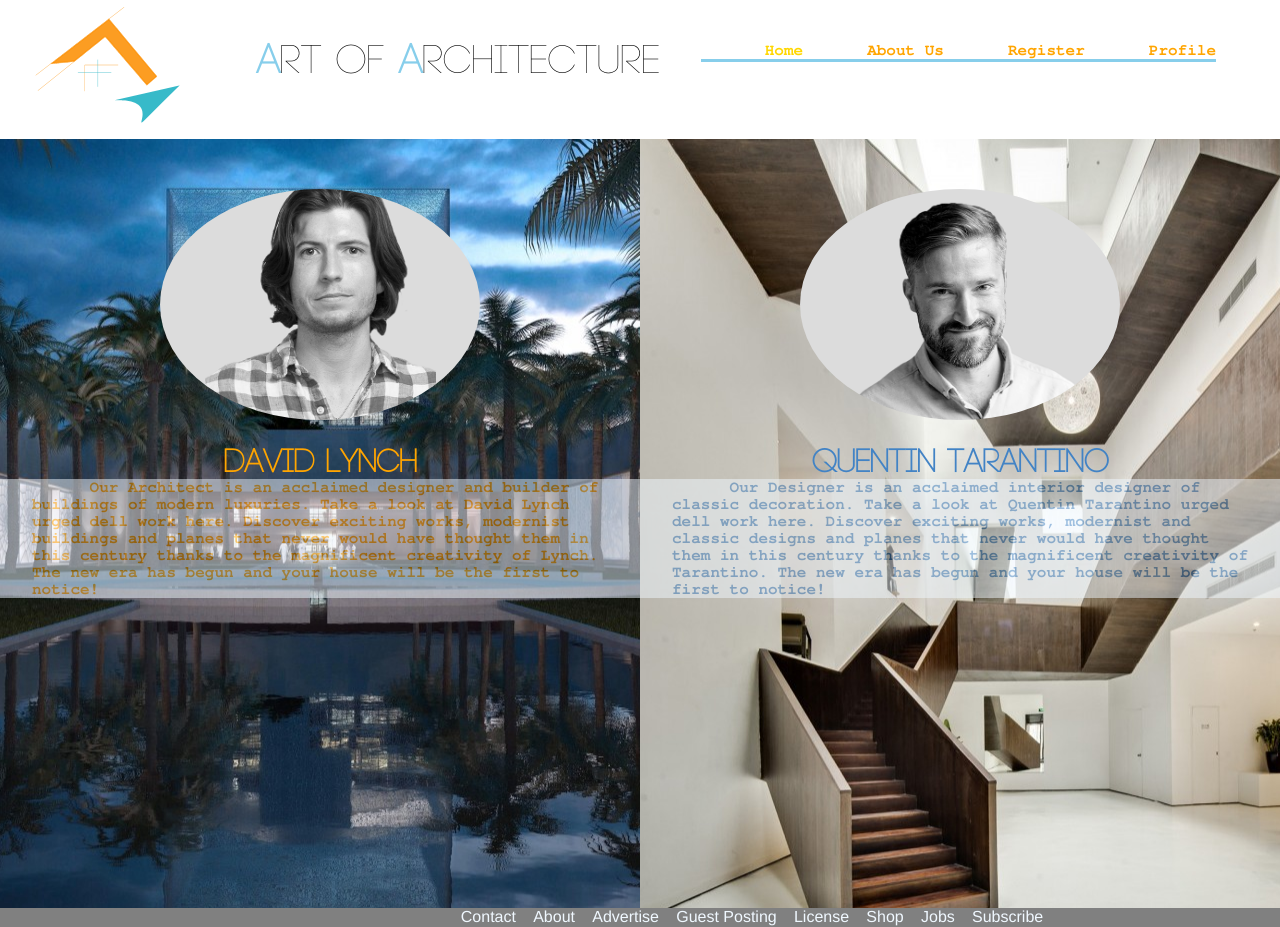
Repository: jcfuentes102/AltaNavidad
Page: index.html
The author's editor kept a record of every edit. The page is drawn from the files as they stood at one moment, then again after the next edit.
The browser window is 1280 px wide. The pictures show the whole page.

Above is the page before.

### index.html
<!doctype html>
<html lang="es">
<head>
    <title>Art of Architecture</title>
    <meta charset="UTF-8">
    <link rel="stylesheet" type="text/css" href="css/estilosIndexHTML.css">
    <link rel="stylesheet" type="text/css" href="css/style.css">
    <link rel="stylesheet" type="text/css" href="css/estilosAltaNavidad.css">
</head>
<body>
    <div id="cont">
        <div id="header"><span class="title"><b>A</b>rt of <b>A</b>rchitecture</span><span class="enlaces"><a href="docs/activado.php">Profile</a><a href="index.php">Register</a><a href="docs/about.html">About Us</a><a href="#"><b class="selected">Home</b></a></span></div>

        <div id="main">
            <div id="david">
                <a href="docs/david.html"><div id="foto1" class="foto"></div></a>
                <div id="texto1" class="texto">
                    <h1 class="nombre"><a id="davida" href="docs/david.html">David Lynch</a></h1>
                    <p class="descrip">Our Architect is an acclaimed designer and builder of buildings of modern luxuries. Take a look at David Lynch urged dell work here.
Discover exciting works, modernist buildings and planes that never would have thought them in this century thanks to the magnificent creativity of Lynch.
The new era has begun and your house will be the first to notice!</p>
                </div>
            </div>
            <div id="quentin">
                <a href="docs/quentin.html"><div id="foto2" class="foto"></div></a>
                <div id="texto1" class="texto">
                    <h1 class="nombre"><a id="quentina" href="docs/quentin.html">Quentin Tarantino</a></h1>
                    <p class="descrip">Our Designer is an acclaimed interior designer of classic decoration. Take a look at Quentin Tarantino urged dell work here.
Discover exciting works, modernist and classic designs and planes that never would have thought them in this century thanks to the magnificent creativity of Tarantino.
The new era has begun and your house will be the first to notice!</p>
                </div>
            </div>

        </div>

        <div id="footer">
          <a href="/docs/contact.html">Contact</a>
          <a href="/docs/about.html">About</a>
          <a href="#">Advertise</a>
          <a href="#">Guest Posting</a>
          <a href="#">License</a>
          <a href="#">Shop</a>
          <a href="#">Jobs</a>
          <a href="#">Subscribe</a>
        </div>
    </div>
</body>
</html>

### css/estilosIndexHTML.css
/*Modelo de cajas Responsive*/
body{
    margin:0;
    }
#cont {
    width:100%;
    height:1000px;
    }
#header {
    width:100%;
    height:15%;
    background-image: url(../images/logo.png);
    background-color: #FFFFFF;
    background-repeat:no-repeat;
    }
#main {
    width:100%;
    height:83%;
    }
#footer {
    width:100%;
    height:2%;
    background-color:grey;
    }

#david {
    width:50%;
    height:100%;
    background-image:url(../images/davidfondo.jpg);
    background-repeat:no-repeat;
    float:left;
    color:orange;
    background-color: #dcdcdc;
    background-position:center;
    background-repeat: no-repeat;
    }
#quentin {
    width:50%;
    height:100%;
    float:right;
    background-image:url(../images/quentinfondo.jpg);
    color:#4283c5;
    background-color: #dcdcdc;
    background-position:center;
    background-repeat: no-repeat;
}

/*Estilos*/
.foto{
    width:50%;
    height:50%;
    border-radius:50%;
    position:relative;
    top:50px;
    left:25%;
    }
#foto1{
    background-image:url(../images/david.png);
    border-style: solid;
    border-color: orange;
    background-color: #dcdcdc;
    background-size:contain;
    background-position:center;
    background-repeat: no-repeat;
}

#foto2{
    background-image:url(../images/quentin.png);
    border-style: solid;
    border-color: skyblue;
    background-color: #dcdcdc;
    background-size:contain;
    background-position:center;
    background-repeat: no-repeat;
}
.texto {
    position:relative;
    top:10%;
    }
.nombre {
    position:relative;
    top:10%;
    text-align:center;
    font-family:Code-Light;
    font-weight: 1000;
    }
.descrip{
    text-indent:10%;
    padding-left:5%;
    padding-right:5%;
    font-size: 1.5em;
    font-family:"Free Monospaced Bold";
    background-color: aliceblue;
    opacity: 0.5;
    }
.title{
    font-size: 3em;
    position:relative;
    margin-left: 10%;
    top: 30%;
    font-family:Code-Light;
}
b{
    color:skyblue;
}
a, a:visited{
    text-decoration: none;
}
a#davida{
    color:orange;}
a#davida:hover{
    color:gold;
}
a#quentina{
    color:#4283c5;}
a#quentina:hover{
    color:skyblue;
}

.enlaces a{
    float:right;
    font-size: 1.5em;
    padding-left:5%;
    position:relative;
    top:30%;
    right: 5%;
    font-family: "Free Monospaced Bold";
    color:orange;
    border-bottom-style: solid;
    border-bottom-color: skyblue;
}

.selected, .enlaces a:hover{
    color: gold;
}

#footer a{
    color:aliceblue;
    margin-left: 1%;
    position:relative;
    left:35%;
}

@media only screen
  and (min-width: 960px) and (max-width: 1524px) {
.descrip{
    font-size: 1em;
    }
.title{
    font-size: 2.5em;
    margin-left: 20%;
}
.enlaces a{
    font-size: 1em;
}
.foto{
    width:50%;
    height:30%;
    border-radius:50%;
    position:relative;
    top:50px;
    left:25%;
    }
  }




@font-face {font-family:"Code-Light";src:url("fonts/CODE_Light.eot?") format("eot"),url("fonts/CODE_Light.woff") format("woff"),url("fonts/CODE_Light.ttf") format("truetype"),url("fonts/CODE_Light.svg#Code-Light") format("svg");font-weight:normal;font-style:normal;}

@font-face {font-family:"Free Monospaced Bold";src:url("fonts/FreeMonoBold.eot?") format("eot"),url("fonts/FreeMonoBold.woff") format("woff"),url("fonts/FreeMonoBold.ttf") format("truetype"),url("fonts/FreeMonoBold.svg#FreeMonoBold") format("svg");font-weight:normal;font-style:normal;}

### css/style.css
/*******************
LOGIN inputFORM STYLESHEET
by: Amit Jakhu
www.amitjakhu.com
*******************/

/*******************
FONTS
*******************/

@import url(http://fonts.googleapis.com/css?family=Bree+Serif);

/*******************
SELECTION STYLING
*******************/

::selection {
	color: #fff;
	background: #f676b2; /* Safari */
}
::-moz-selection {
	color: #fff;
	background: #f676b2; /* Firefox */
}

/*******************
BODY STYLING
*******************/

* {
	margin: 0;
	padding: 0;
	border: 0;
}

body {
	background: url(../images/bg.png) repeat;
	font-family: "HelveticaNeue-Light", "Helvetica Neue Light", "Helvetica Neue", Helvetica, Arial, "Lucida Grande", sans-serif;
	font-weight:300;
	text-align: left;
	text-decoration: none;
}

#wrapper {
	/* Center wrapper perfectly */
	width: 300px;
	height: 400px;
	position: absolute;
	left: 50%;
	top: 45%;
	margin-left: -150px;
	margin-top: -200px;
}

/*
.gradient {
	width: 600px;
	height: 600px;
	position: fixed;
	left: 50%;
	top: 50%;
	margin-left: -300px;
	margin-top: -300px;

	background: url(../images/gradient.png) no-repeat;
}
*/

.gradient {
	/* Center Positioning */
	width: 600px;
	height: 600px;
	position: fixed;
	left: 50%;
	top: 50%;
	margin-left: -300px;
	margin-top: -300px;

	/* Fallback */
	background-image: url(../images/gradient.png);
	background-repeat: no-repeat;

	/* CSS3 Gradient */
	background-image: -webkit-gradient(radial, 0% 0%, 0% 100%, from(rgba(213,246,255,1)), to(rgba(213,246,255,0)));
	background-image: -webkit-radial-gradient(50% 50%, 40% 40%, rgba(213,246,255,1), rgba(213,246,255,0));
	background-image: -moz-radial-gradient(50% 50%, 50% 50%, rgba(213,246,255,1), rgba(213,246,255,0));
	background-image: -ms-radial-gradient(50% 50%, 50% 50%, rgba(213,246,255,1), rgba(213,246,255,0));
	background-image: -o-radial-gradient(50% 50%, 50% 50%, rgba(213,246,255,1), rgba(213,246,255,0));
}
.gradient2 {
	/* Center Positioning */
	width: 600px;
	height: 600px;
	position: fixed;
	left: 50%;
	top: 50%;
	margin-left: -300px;
	margin-top: -300px;
}
/*******************
LOGIN FORM
*******************/

.login-form {
	width: 300px;
	margin: 0 auto;
	position: relative;
	z-index:5;

	background: #f3f3f3;
	border: 1px solid #fff;
	border-radius: 5px;

	box-shadow: 0 1px 3px rgba(0,0,0,0.5);
	-moz-box-shadow: 0 1px 3px rgba(0,0,0,0.5);
	-webkit-box-shadow: 0 1px 3px rgba(0,0,0,0.5);
}

/*******************
HEADER
*******************/

.login-form .header {
	padding: 40px 30px 30px 30px;
}

.login-form .header h1 {
	font-family: 'Bree Serif', serif;
	font-weight: 300;
	font-size: 28px;
	line-height:34px;
	color: #414848;
	text-shadow: 1px 1px 0 rgba(256,256,256,1.0);
	margin-bottom: 10px;
}

.login-form .header span {
	font-size: 11px;
	line-height: 16px;
	color: #678889;
	text-shadow: 1px 1px 0 rgba(256,256,256,1.0);
}

/*******************
CONTENT
*******************/

.login-form .content {
	padding: 0 30px 25px 30px;
}

/* Input field */
.input {
	width: 188px;
	padding: 15px 25px;

	font-family: "HelveticaNeue-Light", "Helvetica Neue Light", "Helvetica Neue", Helvetica, Arial, "Lucida Grande", sans-serif;
	font-weight: 400;
	font-size: 14px;
	color: #9d9e9e;
	text-shadow: 1px 1px 0 rgba(256,256,256,1.0);

	background: #fff;
	border: 1px solid #fff;
	border-radius: 5px;

	box-shadow: inset 0 1px 3px rgba(0,0,0,0.50);
	-moz-box-shadow: inset 0 1px 3px rgba(0,0,0,0.50);
	-webkit-box-shadow: inset 0 1px 3px rgba(0,0,0,0.50);
}

.input2 {
	width: 140px;
	padding: 10px 25px;
	position:relative;

	font-family: "HelveticaNeue-Light", "Helvetica Neue Light", "Helvetica Neue", Helvetica, Arial, "Lucida Grande", sans-serif;
	font-weight: 400;
	font-size: 14px;
	color: #9d9e9e;
	text-shadow: 1px 1px 0 rgba(256,256,256,1.0);

	background: #fff;
	border: 1px solid #fff;
	border-radius: 5px;

	box-shadow: inset 0 1px 3px rgba(0,0,0,0.50);
	-moz-box-shadow: inset 0 1px 3px rgba(0,0,0,0.50);
	-webkit-box-shadow: inset 0 1px 3px rgba(0,0,0,0.50);
}

/* Second input field */
.login-form .content .password, .login-form .content .pass-icon {
	margin-top: 25px;
}

.input:hover, .input2:hover {
	background: #dfe9ec;
	color: #414848;
}

.input:focus, .input2:hover {
	background: #dfe9ec;
	color: #414848;

	box-shadow: inset 0 1px 2px rgba(0,0,0,0.25);
	-moz-box-shadow: inset 0 1px 2px rgba(0,0,0,0.25);
	-webkit-box-shadow: inset 0 1px 2px rgba(0,0,0,0.25);
}

.user-icon, .pass-icon {
	width: 46px;
	height: 47px;
	display: block;
	position: absolute;
	left: 0px;
	padding-right: 2px;
	z-index: 3;

	-moz-border-radius-topleft: 5px;
	-moz-border-radius-bottomleft: 5px;
	-webkit-border-top-left-radius: 5px;
	-webkit-border-bottom-left-radius: 5px;
}

.user-icon {
	top:147px; /* Positioning fix for slide-in, got lazy to think up of simpler method. */
	background: rgba(65,72,72,0.75) url(../images/user-icon.png) no-repeat center;
}

.pass-icon {
	top:221px;
	background: rgba(65,72,72,0.75) url(../images/pass-icon.png) no-repeat center;
}

/* Animation */
.input, .input2, .user-icon, .pass-icon, .button, .register {
	transition: all 0.5s;
	-moz-transition: all 0.5s;
	-webkit-transition: all 0.5s;
	-o-transition: all 0.5s;
	-ms-transition: all 0.5s;
}

/*******************
FOOTER
*******************/

.login-form .footer {
	padding: 25px 30px 40px 30px;
	overflow: auto;

	background: #d4dedf;
	border-top: 1px solid #fff;

	box-shadow: inset 0 1px 0 rgba(0,0,0,0.15);
	-moz-box-shadow: inset 0 1px 0 rgba(0,0,0,0.15);
	-webkit-box-shadow: inset 0 1px 0 rgba(0,0,0,0.15);
}

/* Login button */
.login-form .footer .button {
	padding: 11px 25px;
	width:240px;
	font-family: 'Bree Serif', serif;
	font-weight: 300;
	font-size: 18px;
	color: #fff;
	text-shadow: 0px 1px 0 rgba(0,0,0,0.25);

	background: #56c2e1;
	border: 1px solid #46b3d3;
	border-radius: 5px;
	cursor: pointer;

	box-shadow: inset 0 0 2px rgba(256,256,256,0.75);
	-moz-box-shadow: inset 0 0 2px rgba(256,256,256,0.75);
	-webkit-box-shadow: inset 0 0 2px rgba(256,256,256,0.75);
}

.login-form .footer .button:hover {
	background: #3f9db8;
	border: 1px solid rgba(256,256,256,0.75);

	box-shadow: inset 0 1px 3px rgba(0,0,0,0.5);
	-moz-box-shadow: inset 0 1px 3px rgba(0,0,0,0.5);
	-webkit-box-shadow: inset 0 1px 3px rgba(0,0,0,0.5);
}

.login-form .footer .button:focus {
	position: relative;
	bottom: -1px;

	background: #56c2e1;

	box-shadow: inset 0 1px 6px rgba(256,256,256,0.75);
	-moz-box-shadow: inset 0 1px 6px rgba(256,256,256,0.75);
	-webkit-box-shadow: inset 0 1px 6px rgba(256,256,256,0.75);
}

/* Register button */
.login-form .footer .register {
	display: block;
	float: right;
	padding: 10px;
	margin-right: 20px;

	background: none;
	border: none;
	cursor: pointer;

	font-family: 'Bree Serif', serif;
	font-weight: 300;
	font-size: 18px;
	color: #414848;
	text-shadow: 0px 1px 0 rgba(256,256,256,0.5);
}

.login-form .footer .register:hover {
	color: #3f9db8;
}

.login-form .footer .register:focus {
	position: relative;
	bottom: -1px;
}

### css/estilosAltaNavidad.css
/*Modelo de cajas Responsive*/
body{
    margin:0;
    }
#cont {
    width:100%;
    height:927px;
    }
#header {
    width:100%;
    height:15%;
    background-image: url(../images/logo.png);
    background-color: #FFFFFF;
    background-repeat:no-repeat;
    }
#main {
    width:100%;
    height:83%;
    }
#footer {
    width:100%;
    height:2%;
    background-color:grey;
    }

#david {
    width:50%;
    height:100%;
    background-image:url(../images/davidfondo.jpg);
    background-repeat:no-repeat;
    float:left;
    color:orange;
    background-color: #dcdcdc;
    background-position:center;
    background-repeat: no-repeat;
    }
#quentin {
    width:50%;
    height:100%;
    float:right;
    background-image:url(../images/quentinfondo.jpg);
    color:#4283c5;
    background-color: #dcdcdc;
    background-position:center;
    background-repeat: no-repeat;
}

/*Estilos*/
.foto{
    width:50%;
    height:50%;
    border-radius:50%;
    position:relative;
    top:50px;
    left:25%;
    }
#foto1{
    background-image:url(../images/david.png);
    border-style: solid;
    border-color: orange;
    background-color: #dcdcdc;
    background-size:contain;
    background-position:center;
    background-repeat: no-repeat;
}

#foto2{
    background-image:url(../images/quentin.png);
    border-style: solid;
    border-color: skyblue;
    background-color: #dcdcdc;
    background-size:contain;
    background-position:center;
    background-repeat: no-repeat;
}
.texto {
    position:relative;
    top:10%;
    }
.nombre {
    position:relative;
    top:10%;
    text-align:center;
    font-family:Code-Light;
    font-weight: 1000;
    }
.descrip{
    text-indent:10%;
    padding-left:5%;
    padding-right:5%;
    font-size: 1.5em;
    font-family:"Free Monospaced Bold";
    background-color: aliceblue;
    opacity: 0.5;
    }
.title{
    font-size: 3em;
    position:relative;
    margin-left: 10%;
    top: 30%;
    font-family:Code-Light;
}
b{
    color:skyblue;
}
a, a:visited{
    text-decoration: none;
}
a#davida{
    color:orange;}
a#davida:hover{
    color:gold;
}
a#quentina{
    color:#4283c5;}
a#quentina:hover{
    color:skyblue;
}
.enlaces a{
    float:right;
    font-size: 1.5em;
    padding-left:5%;
    position:relative;
    top:30%;
    right: 5%;
    font-family: "Free Monospaced Bold";
    color:orange;
    border-bottom: solid;
    border-color: skyblue;
}

.selected, .enlaces a:hover{
    color: gold;
}

#footer a{
    color:aliceblue;
    margin-left: 1%;
    position:relative;
    left:35%;
}

.fileUpload {
    position: relative;
    overflow: hidden;
}
.fileUpload input.upload {
    position: absolute;
    top: 0;
    right: 0;
    margin: 0;
    padding: 0;
    font-size: 20px;
    cursor: pointer;
    opacity: 0;
    filter: alpha(opacity=0);
}

.btn-primary:hover, .btn-primary:focus, .btn-primary:active, .btn-primary.active, .open .dropdown-toggle.btn-primary {
    color: #FFF;
    background-color: #3276B1;
    border-color: #285E8E;
}
.btn:hover, .btn:focus {
    color: #333;
    text-decoration: none;
}
.btn-primary {
    color: #FFF;
    background-color: #428BCA;
    border-color: #357EBD;
}
.btn-warning {
    color: #FFF;
    top:1px;
    background-color: #F0AD4E;
    border-color: #EEA236;
}

.btn {
    display: inline-block;
    padding: 6px 12px;
    margin-bottom: 0px;
    font-size: 14px;
    font-weight: normal;
    line-height: 1.42857;
    text-align: center;
    white-space: nowrap;
    vertical-align: middle;
    cursor: pointer;
    -moz-user-select: none;
    background-image: none;
    border: 1px solid transparent;
    border-radius: 4px;
}

.btn-success:hover, .btn-success:focus, .btn-success:active, .btn-success.active, .open .dropdown-toggle.btn-success {
    color: #FFF;
    background-color: #47A447;
    border-color: #398439;
}
.btn:hover, .btn:focus {
    color: #333;
    text-decoration: none;
}
.btn-success {
    color: #FFF;
    background-color: #5CB85C;
    border-color: #4CAE4C;
}

.btn-danger:hover, .btn-danger:focus, .btn-danger:active, .btn-danger.active, .open .dropdown-toggle.btn-danger {
    color: #FFF;
    background-color: #D2322D;
    border-color: #AC2925;
}
.btn:hover, .btn:focus {
    color: #333;
    text-decoration: none;
}
.btn-danger {
    color: #FFF;
    background-color: #D9534F;
    border-color: #D43F3A;
}

@media only screen
  and (min-width: 960px) and (max-width: 1524px) {
.descrip{
    font-size: 1em;
    }
.title{
    font-size: 2.5em;
    margin-left: 20%;
}
.enlaces a{
    font-size: 1em;
}
.foto{
    width:50%;
    height:30%;
    border-radius:50%;
    position:relative;
    top:50px;
    left:25%;
    }
iframe{
    position:relative;
    left:30%;
    top:-350px;;
}
  }
  .enlace{
      color:white;
      font-family: Code-Light;
  }

  #enlacesedit{
      position:absolute;
      left:600px;
      top:600px;
  }
.fbimagen{
    height:60px;
    width:60px;
    position:absolute;
    top:610px;
    left:220px;
}

.profileimg{
    width:75px;
    height:75px;

}

.imgcontent{
    border-radius: 50%;
    border: 5px solid #e7a61a;
    width:250px;
    height:250px;
    background-position:center;
    background-repeat: no-repeat;
    background-size:cover;
}

.imgcontentposicion{
    position:relative;
    left:300px;
    top:50px;
}


#isesion{
    position:absolute;
    left:1200px;
    top:150px;
}

#forgetform{
    position:absolute;
    left:1250px;
    top:230px;
}


@font-face {font-family:"Code-Light";src:url("../fonts/CODE_Light.eot?") format("eot"),url("../fonts/CODE_Light.woff") format("woff"),url("../fonts/CODE_Light.ttf") format("truetype"),url("../fonts/CODE_Light.svg#Code-Light") format("svg");font-weight:normal;font-style:normal;}

@font-face {font-family:"Free Monospaced Bold";src:url("../fonts/FreeMonoBold.eot?") format("eot"),url("../fonts/FreeMonoBold.woff") format("woff"),url("../fonts/FreeMonoBold.ttf") format("truetype"),url("../fonts/FreeMonoBold.svg#FreeMonoBold") format("svg");font-weight:normal;font-style:normal;}

After the next edit:
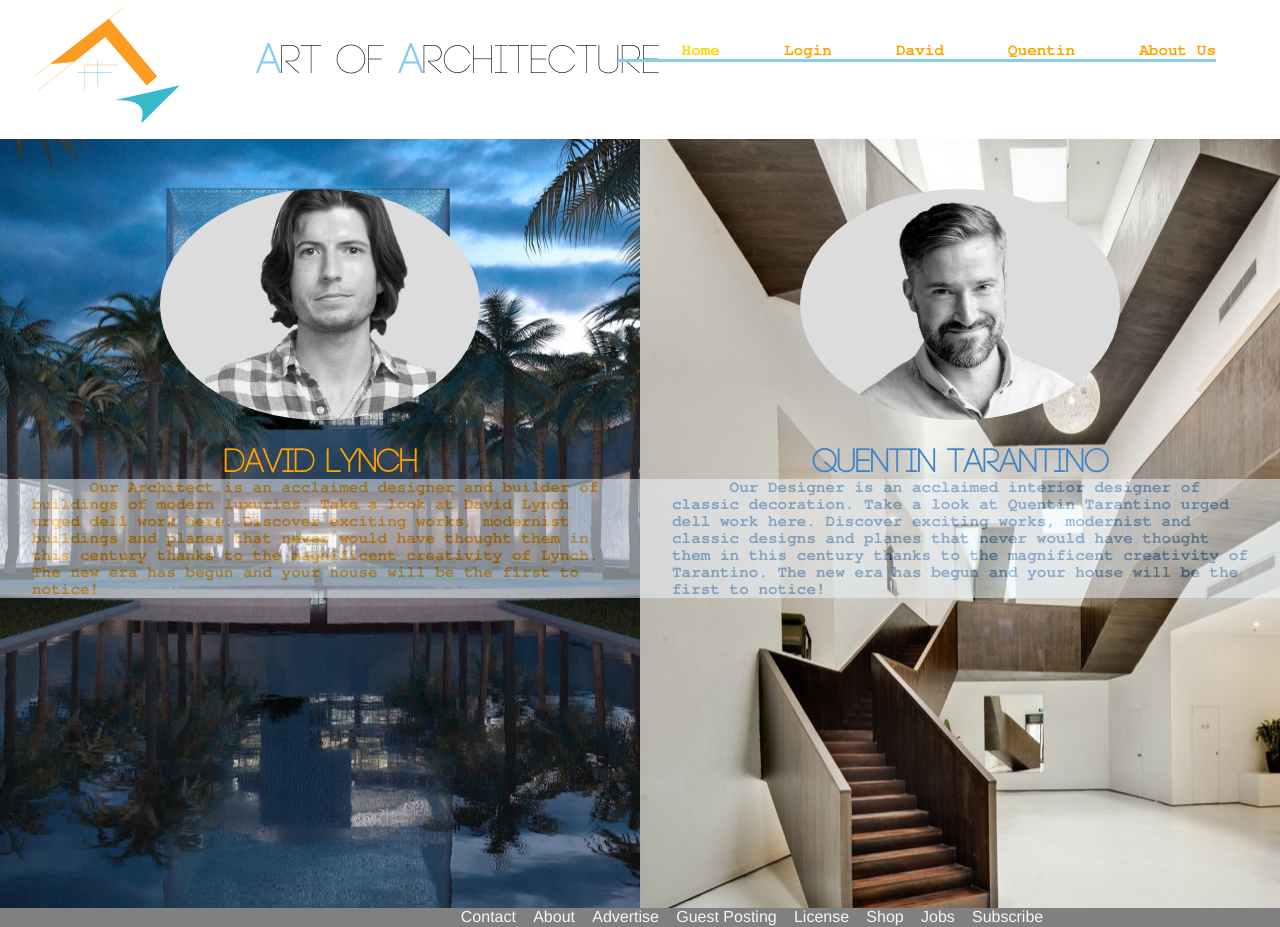
The edit:
--- a/index.html
+++ b/index.html
@@ -9,7 +9,11 @@
 </head>
 <body>
     <div id="cont">
-        <div id="header"><span class="title"><b>A</b>rt of <b>A</b>rchitecture</span><span class="enlaces"><a href="docs/activado.php">Profile</a><a href="index.php">Register</a><a href="docs/about.html">About Us</a><a href="#"><b class="selected">Home</b></a></span></div>
+        <div id="header"><span class="title"><b>A</b>rt of <b>A</b>rchitecture</span><span class="enlaces">
+            <a href="docs/about.html">About Us</a><a href="docs/quentin.html">Quentin</a>
+            <a href="docs/david.html">David</a><a href="index.php">Login</a>
+            <a href="#"><b class="selected">Home</b></a>
+            </span></div>
 
         <div id="main">
             <div id="david">
